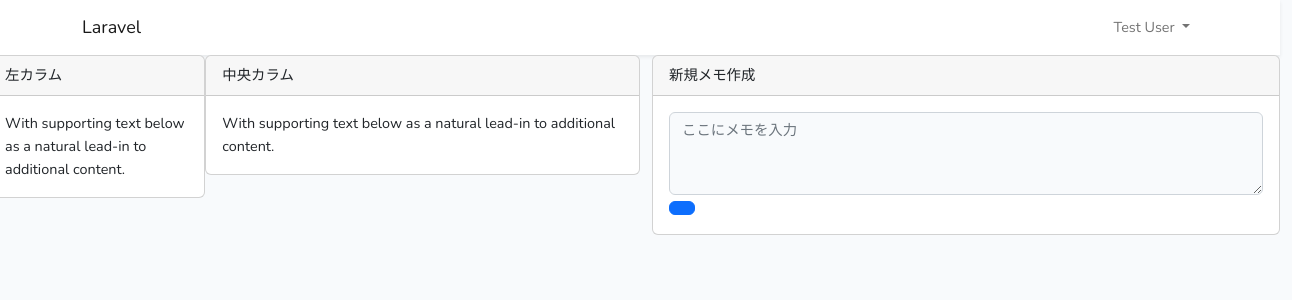
Repository: OkunoTaichi/laravel-simple-memo
Page: http://localhost/home
The author's editor kept a copy of each file at every save. The page is drawn from the files as they stood at one save, then again after the next save.
The browser window is 1280 px wide. The page is 1292 px wide, so the pictures cover 1292 px, including what lies to the right of the window. The pictures show the whole page.
The page is served by the project's Laravel application, run on PHP 8.4 with Laravel 8. A made-up administrator, Test User (test@example.com), is signed in. Queries for data that is not in the repository find no rows.

Above is the page before, as saved 2022-11-09 22:14:12.

After the next save:
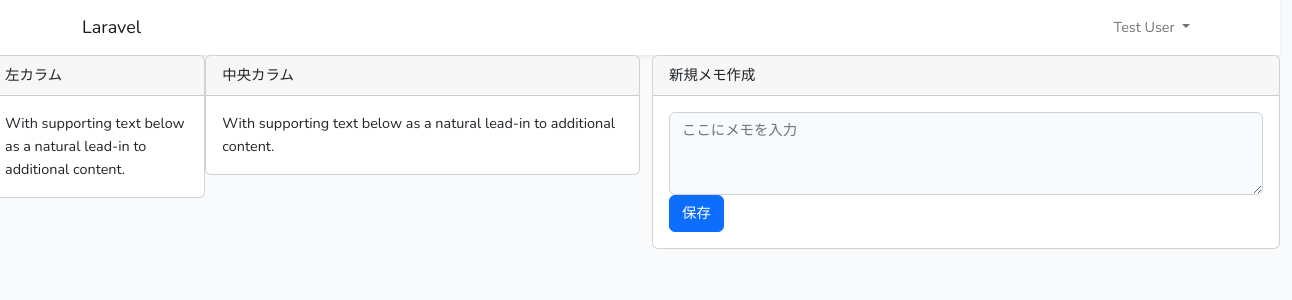
Saved 6 s later.
--- a/resources/views/create.blade.php
+++ b/resources/views/create.blade.php
@@ -7,7 +7,7 @@
         <div class="form-group">
             <textarea class="form-control" name="content" rows="3" placeholder="ここにメモを入力"></textarea>
         </div>
-        <button type="button" class="btn btn-primary"></button>
+        <button type="button" class="btn btn-primary">保存</button>
     </form>
 </div>
 @endsection
